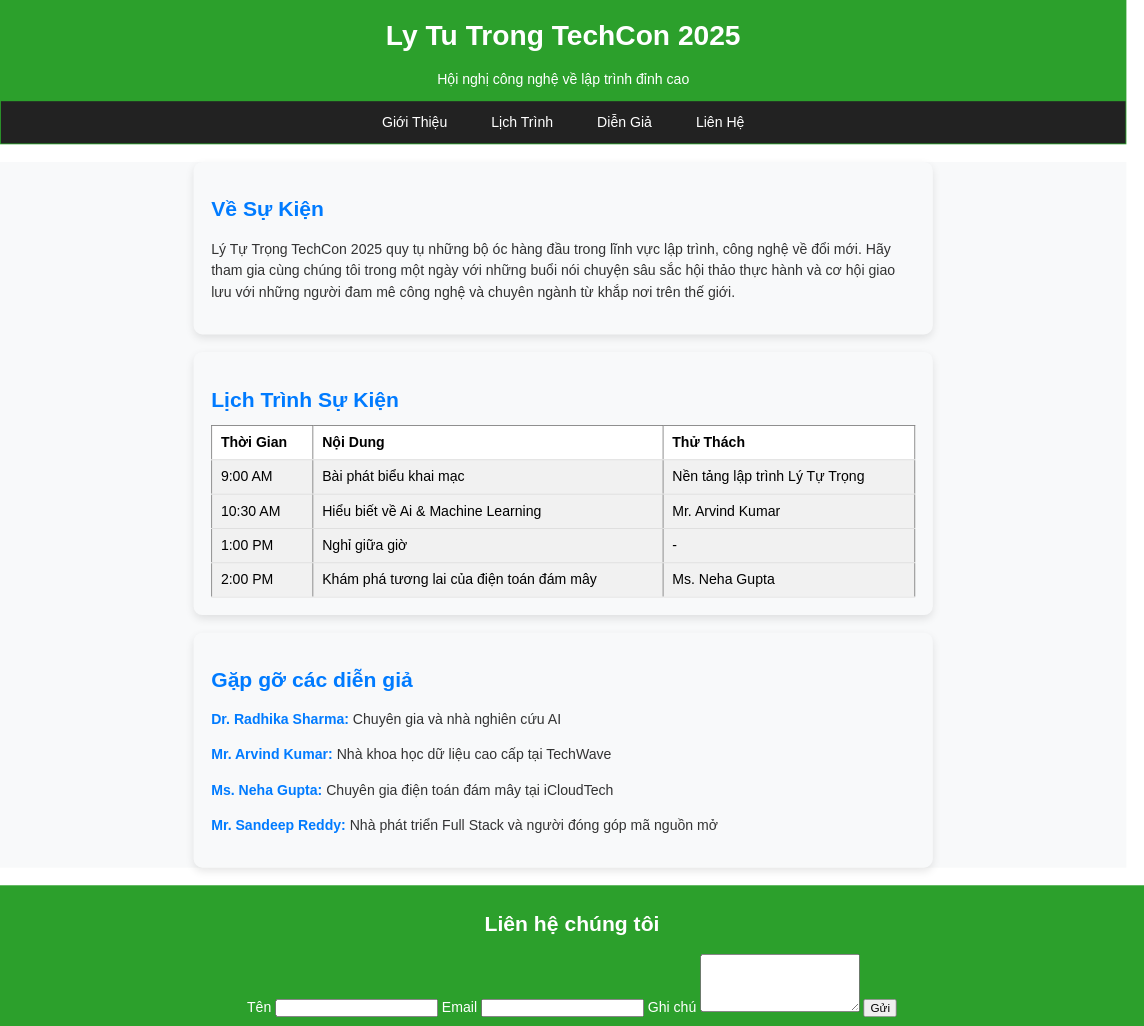
Repository: NhatMinh121/BaiTapVeNha1
Page: index.html
The author's editor kept a copy of each file at every save. The page is drawn from the files as they stood at one save, then again after the next save.
The browser window is 1280 px wide. The page is 1300 px wide, then 1280 px, so the pictures cover 1300 px, including what lies to the right of the window. The pictures show the whole page, at 88% of full size.

Above is the page before, as saved 2025-03-28 23:17:20.

### index.html
<!DOCTYPE html>
<html lang="en">

<head>
    <meta charset="UTF-8">
    <meta name="viewport" content="width=device-width, initial-scale=1.0">
    <title>Lý Tự Trọng TechCon 2025</title>
    <link rel="stylesheet" href="style.css">
</head>

<body>
    <header>
        <h1>Ly Tu Trong TechCon 2025</h1>
        <p>Hội nghị công nghệ về lập trình đỉnh cao</p>
        <div class="menu">
            <nav>
                <ul>
                    <li>Giới Thiệu</li>
                    <li>Lịch Trình</li>
                    <li>Diễn Giả</li>
                    <li>Liên Hệ</li>
                </ul>
            </nav>
        </div>

    </header>
    <main>
        <div class="main-event">
            <h2>Về Sự Kiện</h2>
            <p>Lý Tự Trọng TechCon 2025 quy tụ những bộ óc hàng đầu trong lĩnh vực lập trình, công nghệ về đổi mới. Hãy tham gia cùng chúng tôi trong một ngày với những buổi nói chuyện sâu sắc hội thảo thực hành và cơ hội giao lưu với những người đam mê
                công nghệ và chuyên ngành từ khắp nơi trên thế giới.</p>
        </div>
        <div class="main-schedule">
            <h2>Lịch Trình Sự Kiện</h2>
            <table border="1">
                <tr>
                    <td>Thời Gian</td>
                    <td>Nội Dung</td>
                    <td>Thử Thách</td>
                </tr>
                <tr>
                    <th>9:00 AM</th>
                    <th>Bài phát biểu khai mạc</th>
                    <th>Nền tảng lập trình Lý Tự Trọng</th>
                </tr>
                <tr>
                    <th>10:30 AM</th>
                    <th>Hiểu biết về Ai & Machine Learning</th>
                    <th>Mr. Arvind Kumar</th>
                </tr>
                <tr>
                    <th>1:00 PM</th>
                    <th>Nghỉ giữa giờ</th>
                    <th>-</th>
                </tr>
                <tr>
                    <th>2:00 PM</th>
                    <th>Khám phá tương lai của điện toán đám mây</th>
                    <th>Ms. Neha Gupta</th>
                </tr>
            </table>
        </div>
        <div class="Meeting">
            <h2>Gặp gỡ các diễn giả</h2>
            <p><strong>Dr. Radhika Sharma:</strong> Chuyên gia và nhà nghiên cứu AI</p>
            <p><strong>Mr. Arvind Kumar:</strong> Nhà khoa học dữ liệu cao cấp tại TechWave</p>
            <p><strong>Ms. Neha Gupta:</strong> Chuyên gia điện toán đám mây tại iCloudTech</p>
            <p><strong>Mr. Sandeep Reddy:</strong> Nhà phát triển Full Stack và người đóng góp mã nguồn mở</p>
        </div>
    </main>

    <footer>
        <div class="footer-contract">
            <h2>Liên hệ chúng tôi</h2>
            <form action="#" method="post">
                <label for="name">Tên</label>
                <input type="text" id="name" name="name" required>
                <label for="email">Email</label>
                <input type="email" id="email" name="email" required>
                <label for="message">Ghi chú</label>
                <textarea id="message" name="message" rows="4" required></textarea>
                <button type="submit" value="Gửi">Gửi</button>
            </form>
        </div>

    </footer>

</body>

### style.css
body {
    margin: 0;
    padding: 0;
    box-sizing: border-box;
    font-family: Arial, sans-serif;
}

header {
    background-color: #2ca02c;
    color: white;
    padding: 1px;
    text-align: center;
}

.menu {
    background-color: #222;
    padding: 10px 5px;
}

.menu ul {
    list-style: none;
    padding: 0;
    margin: 0;
    display: flex;
    justify-content: center;
    gap: 20px;
}

.menu ul li {
    color: white;
    text-decoration: none;
    font-size: 16px;
    cursor: pointer;
    padding: 5px 15px;
    transition: background 0.3s;
}

.menu ul li:hover {
    background-color: #444;
    border-radius: 5px;
}

main {
    background-color: #f8f9fa;
}

.main-event {
    padding: 20px;
    border-radius: 10px;
    box-shadow: 0px 4px 10px rgba(0, 0, 0, 0.1);
    max-width: 800px;
    margin: 20px auto;
}

.main-event h2 {
    color: #007bff;
    font-size: 24px;
    font-weight: bold;
}

.main-event p {
    font-size: 16px;
    line-height: 1.5;
    color: #333;
}

.main-schedule {
    padding: 20px;
    border-radius: 10px;
    box-shadow: 0px 4px 10px rgba(0, 0, 0, 0.1);
    max-width: 800px;
    margin: 20px auto;
}

.main-schedule h2 {
    color: #007bff;
    font-size: 24px;
    font-weight: bold;
    margin-bottom: 15px;
}

.main-schedule table {
    width: 100%;
    border-collapse: collapse;
    background-color: white;
}

th,
td {
    padding: 10px;
    text-align: left;
    border-bottom: 1px solid #ddd;
}

td {
    font-weight: bolder;
}

th {
    background-color: #f1f1f1;
    font-weight: normal;
}

tr:nth-child(even) {
    background-color: #f9f9f9;
}

tr:hover {
    background-color: #e2e6ea;
}

.Meeting {
    padding: 20px;
    border-radius: 10px;
    box-shadow: 0px 4px 10px rgba(0, 0, 0, 0.1);
    max-width: 800px;
    margin: 20px auto;
}

.Meeting h2 {
    color: #007bff;
    font-size: 24px;
    font-weight: bold;
}

.Meeting p {
    font-size: 16px;
    line-height: 1.5;
    color: #333;
}

.Meeting strong {
    color: #007bff;
}

.footer-contract {
    background-color: #2ca02c;
    color: white;
    padding: 10px;
    text-align: center;
    position: relative;
    bottom: 0;
    width: 100%;
}

After the next save:
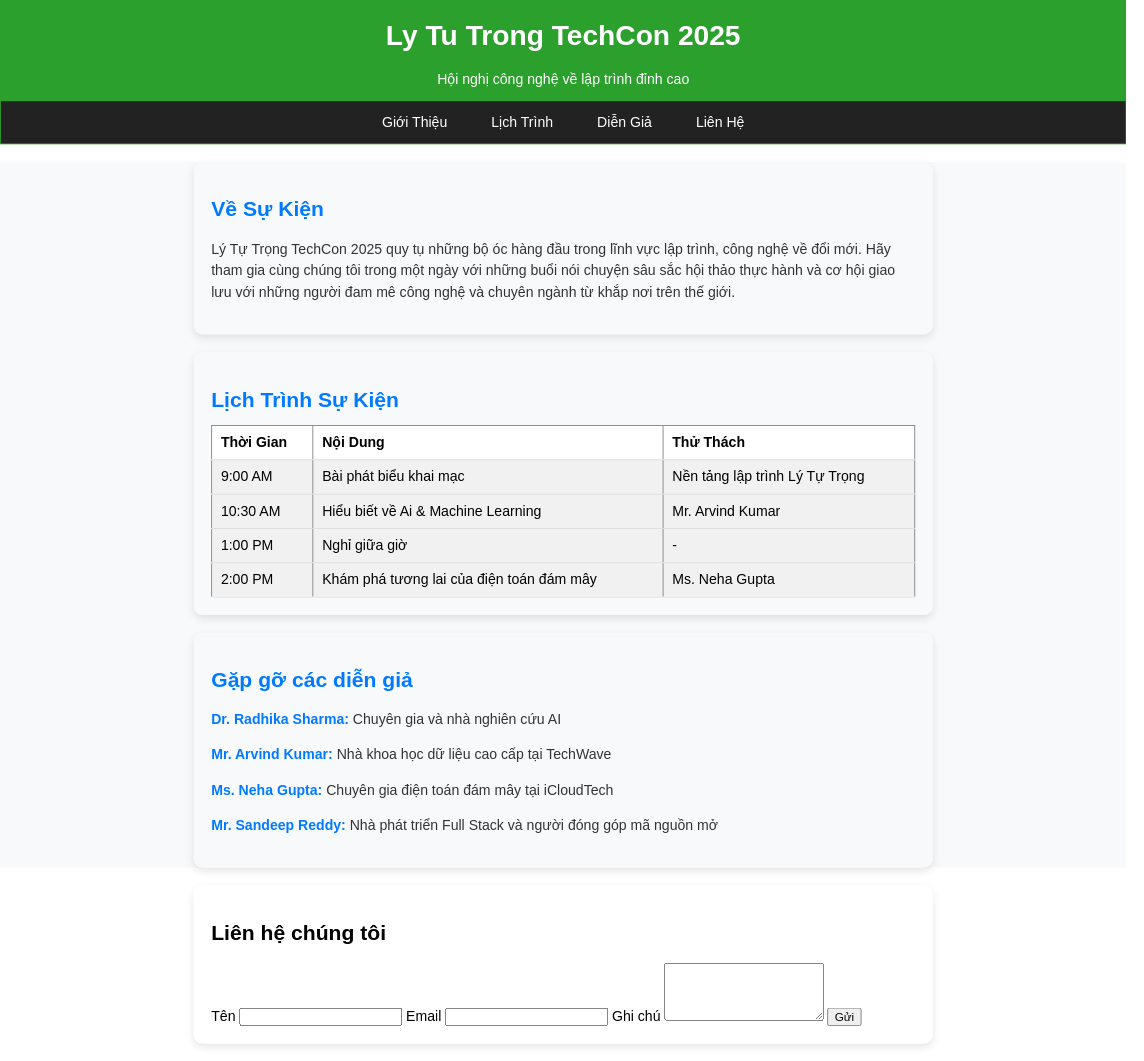
Saved 14 s later.
--- a/style.css
+++ b/style.css
@@ -134,11 +134,9 @@ tr:hover {
 }
 
 .footer-contract {
-    background-color: #2ca02c;
-    color: white;
-    padding: 10px;
-    text-align: center;
-    position: relative;
-    bottom: 0;
-    width: 100%;
+    padding: 20px;
+    border-radius: 10px;
+    box-shadow: 0px 4px 10px rgba(0, 0, 0, 0.1);
+    max-width: 800px;
+    margin: 20px auto;
 }
